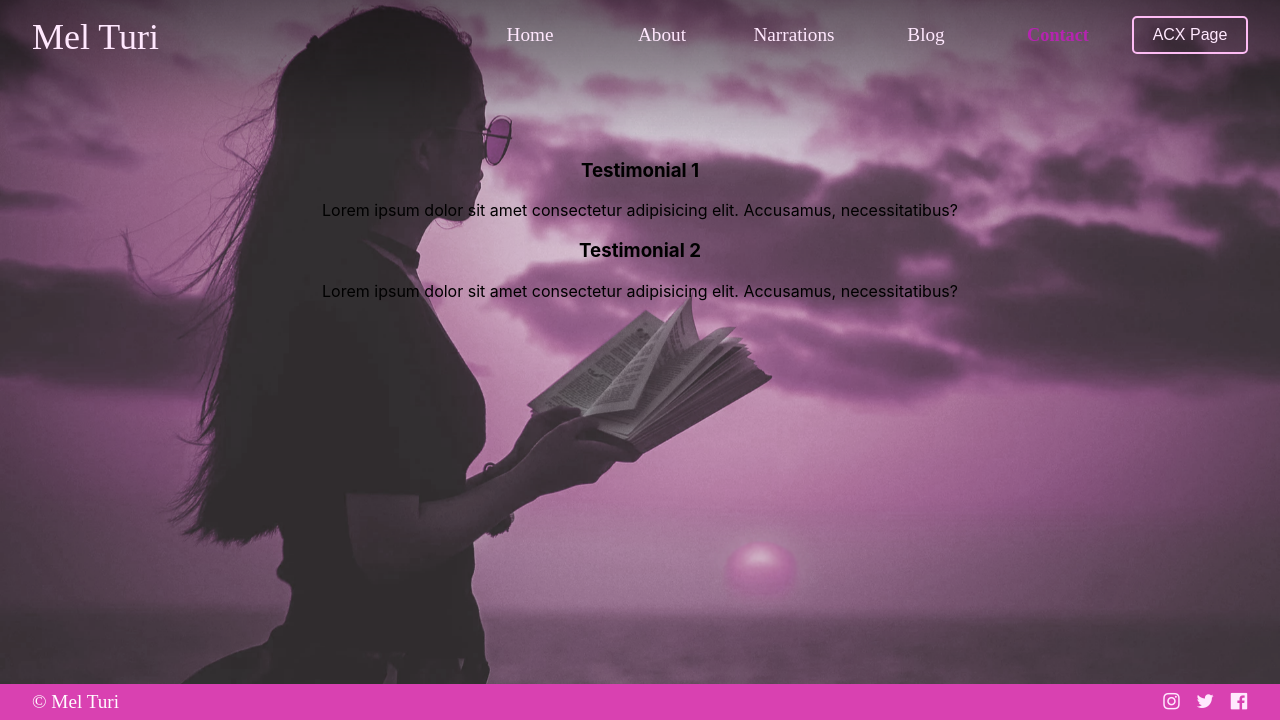
Repository: mel-turi/mel-turi-website
Page: /contact
The author's editor kept a copy of each file at every save. The page is drawn from the files as they stood at one save, then again after the next save.
The browser window is 1280 px wide. The pictures show the whole page.
Some web fonts or font styles are not loaded; a fallback is used. The project was rebuilt for these pictures with package versions that can differ from the ones it lists, and the page was loaded fresh each time. Also part of the build but not shown: src/Main.js, src/About.js, src/Narrations.js, src/Blog.js.

Above is the page before, as saved 2019-08-24 15:29:30.

After the next save:
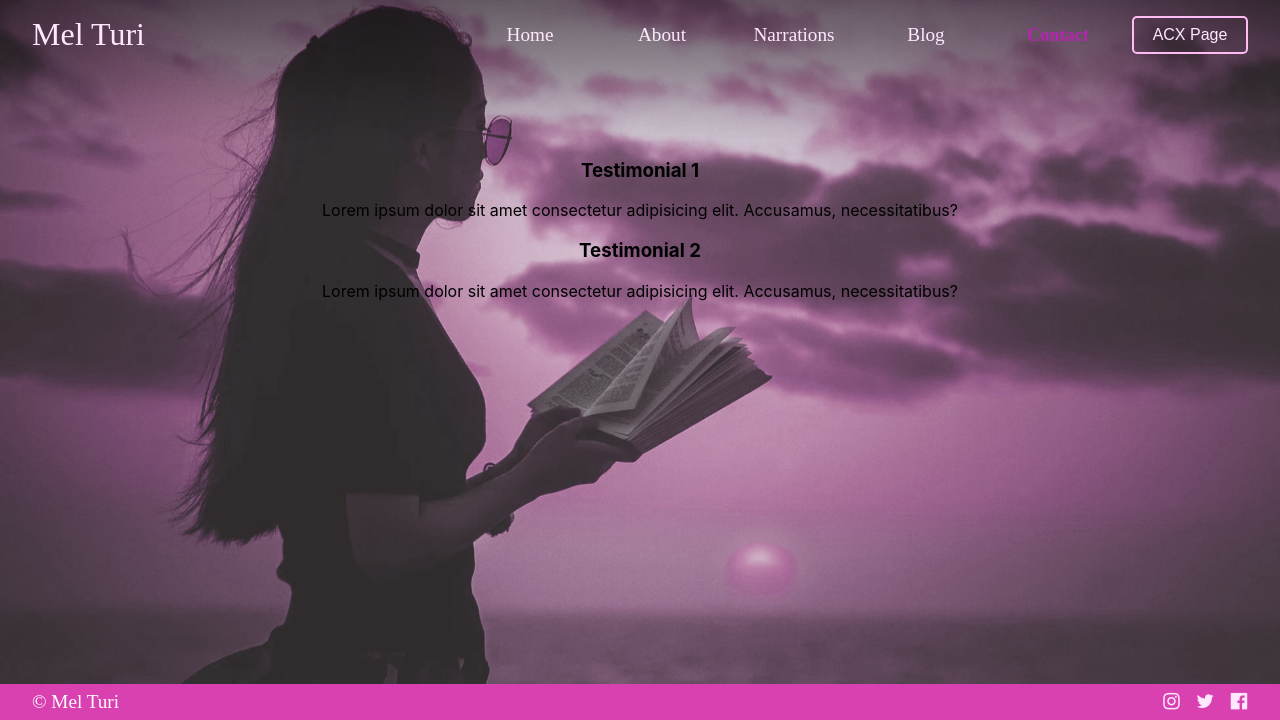
Saved 80 s later.
--- a/src/index.css
+++ b/src/index.css
@@ -76,7 +76,7 @@ code {
 }
 
 .title {
-  font-size: 2.25rem;
+  font-size: 2rem;
   padding-left: 2rem;
 
   justify-self: start;
